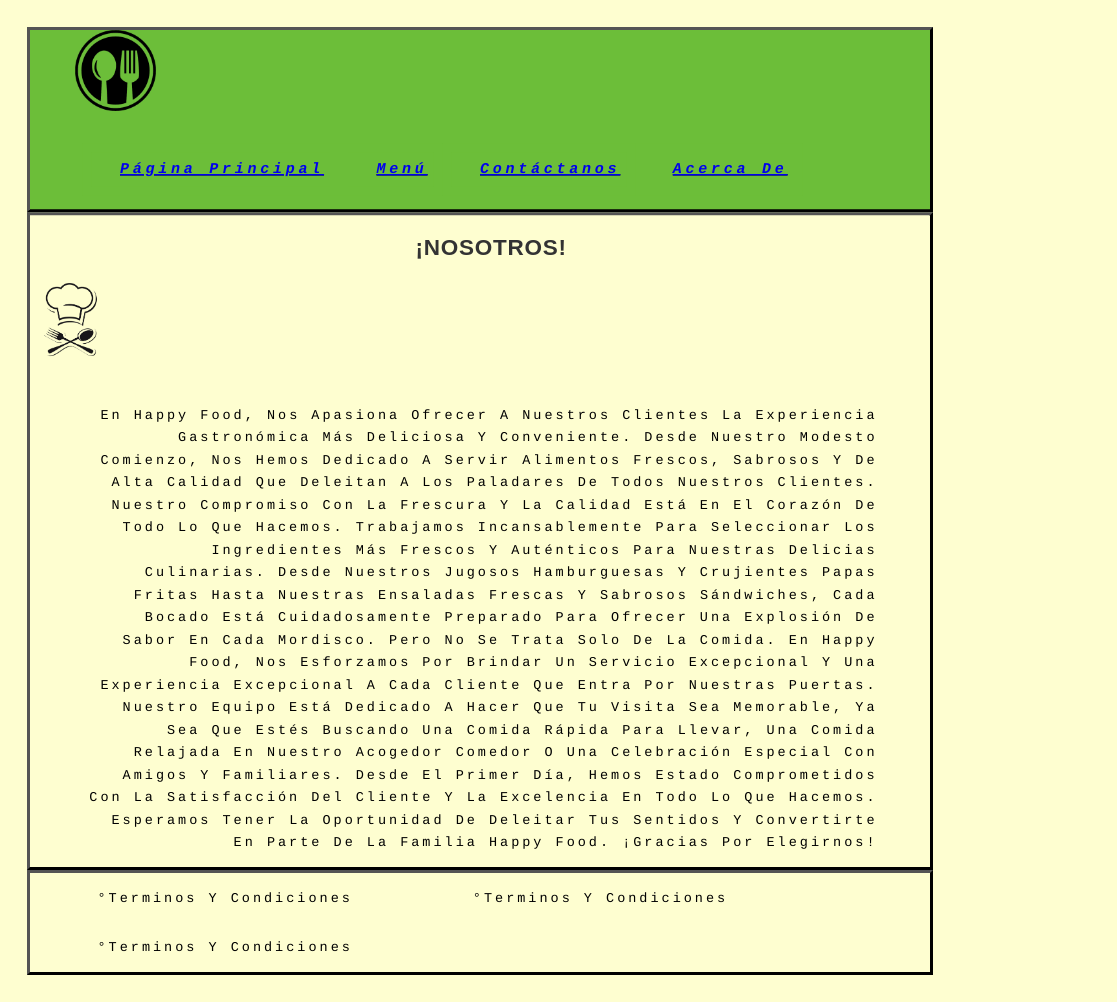
Repository: UVMCoyoacan/eq06_sitio1
Page: Carpeta docs/acercade.html
These files come from the project's save history. The page is drawn as it stood at one moment and after the next save; the edit follows.
The browser window is 1280 px wide. The page is 1280 px wide, then 1489 px, then 1280 px, so the pictures cover 1489 px, including what lies to the right of the window. The pictures show the whole page, at 75% of full size.

Above is the page before, as saved 2024-04-13 22:59:59.

After the next save:
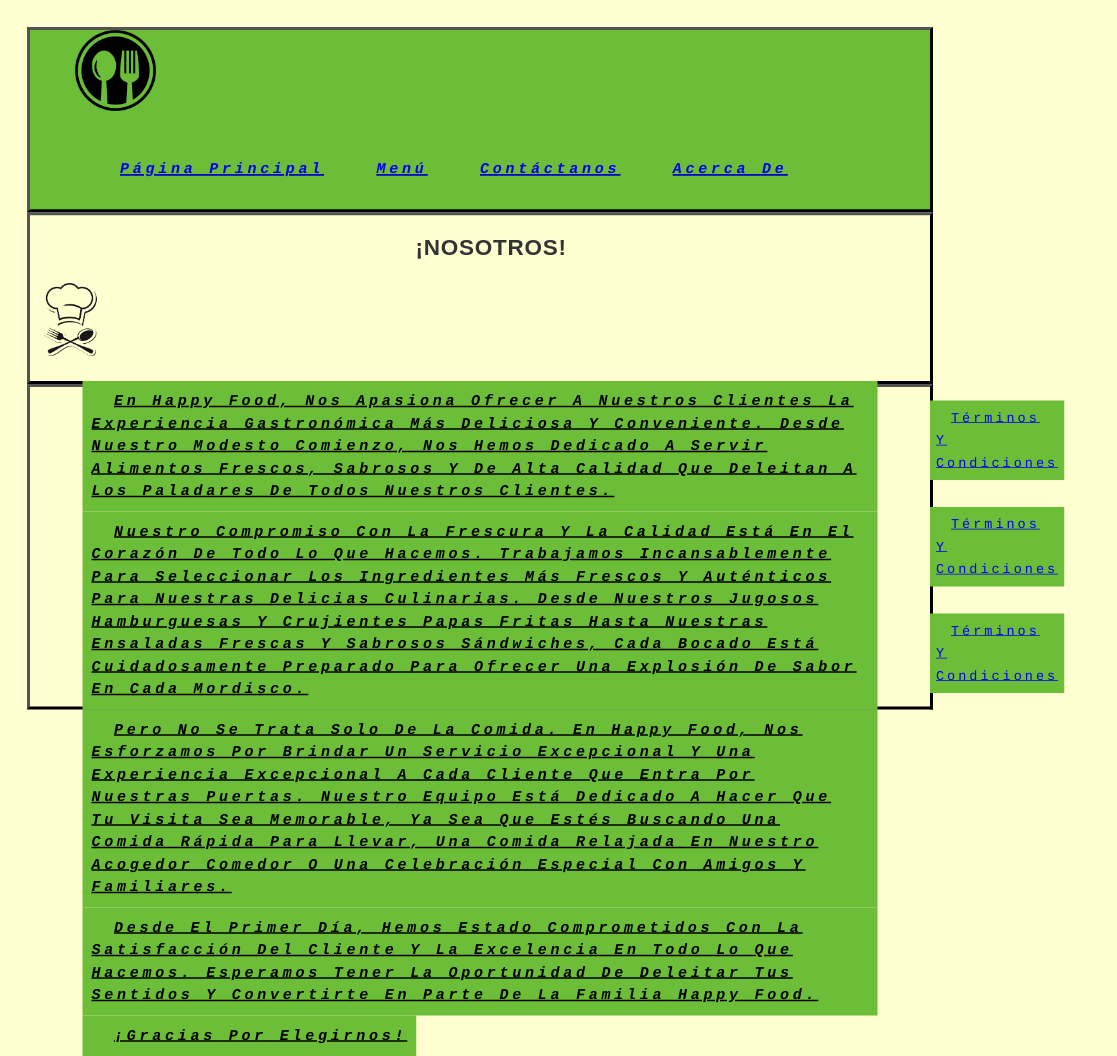
Saved 29 s later.
--- a/Carpeta docs/acercade.html
+++ b/Carpeta docs/acercade.html
@@ -1,60 +1,45 @@
 <!DOCTYPE html>
 <html>
-    <head>
-        <link rel="stylesheet" href="../Carpeta estilos/estilo1.css"/>
-        <meta charset="utf-8" />
-    </head>
-    <body>
-        <header id="parte_inicial" role="banner">
-            <div class="encabezado" style="display: flex;   flex-wrap: wrap;">
-                    <div style="flex-wrap:wrap ;">
-                    <img width="108" height="108" src="../Carpeta ims/tres.png" onclick="redirigirIndex()" style="text-align: left; cursor:pointer;";>
-                    </div>
-            <div style="display: flex;   flex-wrap: wrap;">
-            <ul >
-                <li><a href="../index.html">Página principal</a></li>
-                <li><a href="menu.html">Menú</a></li>
-                <li><a href="contactos.html">Contáctanos</a></li>
-                <li style="float:right"><a class="active" href="#">Acerca de</a></li>
-            </ul>
+<head>
+    <link rel="stylesheet" href="../Carpeta estilos/estilo1.css"/>
+    <meta charset="utf-8" />
+</head>
+<body>
+    <header id="parte_inicial" role="banner">
+        <div class="encabezado" style="display: flex; flex-wrap: wrap;">
+            <div style="flex-wrap:wrap ;">
+                <img width="108" height="108" src="../Carpeta ims/tres.png" onclick="redirigirIndex()" style="text-align: left; cursor:pointer;">
+            </div>
+            <div style="display: flex; flex-wrap: wrap;">
+                <ul >
+                    <li><a href="../index.html">Página principal</a></li>
+                    <li><a href="menu.html">Menú</a></li>
+                    <li><a href="contactos.html">Contáctanos</a></li>
+                    <li style="float:right"><a class="active" href="#">Acerca de</a></li>
+                </ul>
+            </div>
         </div>
-            </div>
-        </header>
-<div
-style="border-style: outset;
-    border-color: #000000;
-    border-width: .4ch;">
-        <h4> ¡Nosotros!</h4><img width="108" height="108" src="../Carpeta ims/spoon-removebg-preview.png" onclick="redirigirIndex()" style="text-align: left; cursor:pointer;";>
+    </header>
+    <div style="border-style: outset; border-color: #000000; border-width: .4ch;">
+        <h4> ¡Nosotros!</h4>
+        <img width="108" height="108" src="../Carpeta ims/spoon-removebg-preview.png" onclick="redirigirIndex()" style="text-align: left; cursor:pointer;">
         <ul style="text-align: right;">
-
-
-<br>
-
-En Happy Food, nos apasiona ofrecer a nuestros clientes la experiencia gastronómica más deliciosa y conveniente. Desde nuestro modesto comienzo, nos hemos dedicado a servir alimentos frescos, sabrosos y de alta calidad que deleitan a los paladares de todos nuestros clientes.
-
-Nuestro compromiso con la frescura y la calidad está en el corazón de todo lo que hacemos. Trabajamos incansablemente para seleccionar los ingredientes más frescos y auténticos para nuestras delicias culinarias. Desde nuestros jugosos hamburguesas y crujientes papas fritas hasta nuestras ensaladas frescas y sabrosos sándwiches, cada bocado está cuidadosamente preparado para ofrecer una explosión de sabor en cada mordisco.
-
-Pero no se trata solo de la comida. En Happy Food, nos esforzamos por brindar un servicio excepcional y una experiencia excepcional a cada cliente que entra por nuestras puertas. Nuestro equipo está dedicado a hacer que tu visita sea memorable, ya sea que estés buscando una comida rápida para llevar, una comida relajada en nuestro acogedor comedor o una celebración especial con amigos y familiares.
-
-Desde el primer día, hemos estado comprometidos con la satisfacción del cliente y la excelencia en todo lo que hacemos. Esperamos tener la oportunidad de deleitar tus sentidos y convertirte en parte de la familia Happy Food.
-
-¡Gracias por elegirnos!
-
-
+            <li>En Happy Food, nos apasiona ofrecer a nuestros clientes la experiencia gastronómica más deliciosa y conveniente. Desde nuestro modesto comienzo, nos hemos dedicado a servir alimentos frescos, sabrosos y de alta calidad que deleitan a los paladares de todos nuestros clientes.</li>
+            <li>Nuestro compromiso con la frescura y la calidad está en el corazón de todo lo que hacemos. Trabajamos incansablemente para seleccionar los ingredientes más frescos y auténticos para nuestras delicias culinarias. Desde nuestros jugosos hamburguesas y crujientes papas fritas hasta nuestras ensaladas frescas y sabrosos sándwiches, cada bocado está cuidadosamente preparado para ofrecer una explosión de sabor en cada mordisco.</li>
+            <li>Pero no se trata solo de la comida. En Happy Food, nos esforzamos por brindar un servicio excepcional y una experiencia excepcional a cada cliente que entra por nuestras puertas. Nuestro equipo está dedicado a hacer que tu visita sea memorable, ya sea que estés buscando una comida rápida para llevar, una comida relajada en nuestro acogedor comedor o una celebración especial con amigos y familiares.</li>
+            <li>Desde el primer día, hemos estado comprometidos con la satisfacción del cliente y la excelencia en todo lo que hacemos. Esperamos tener la oportunidad de deleitar tus sentidos y convertirte en parte de la familia Happy Food.</li>
+            <li>¡Gracias por elegirnos!</li>
         </ul>
     </div>
-    <div style="border-style: outset;
-    border-color: #000000;
-    border-width: .4ch;">
+    <div style="border-style: outset; border-color: #000000; border-width: .4ch;">
         <footer >
-            <div style="display: flex;   flex-wrap: wrap;">
-                <ul>°Terminos y condiciones</ul>
-                <ul>°Terminos y condiciones</ul>
-                <ul>°Terminos y condiciones</ul>
+            <div style="display: flex; flex-wrap: wrap;">
+                <ul><a href="../terminos.html">Términos y condiciones</a></ul>
+                <ul><a href="../terminos.html">Términos y condiciones</a></ul>
+                <ul><a href="../terminos.html">Términos y condiciones</a></ul>
             </div>
         </footer>
     </div>
-    </body>
-    <script src="../Carpeta js/js1.js">
-    </script>
+</body>
+<script src="../Carpeta js/js1.js"></script>
 </html>

After the 2 saves that followed:
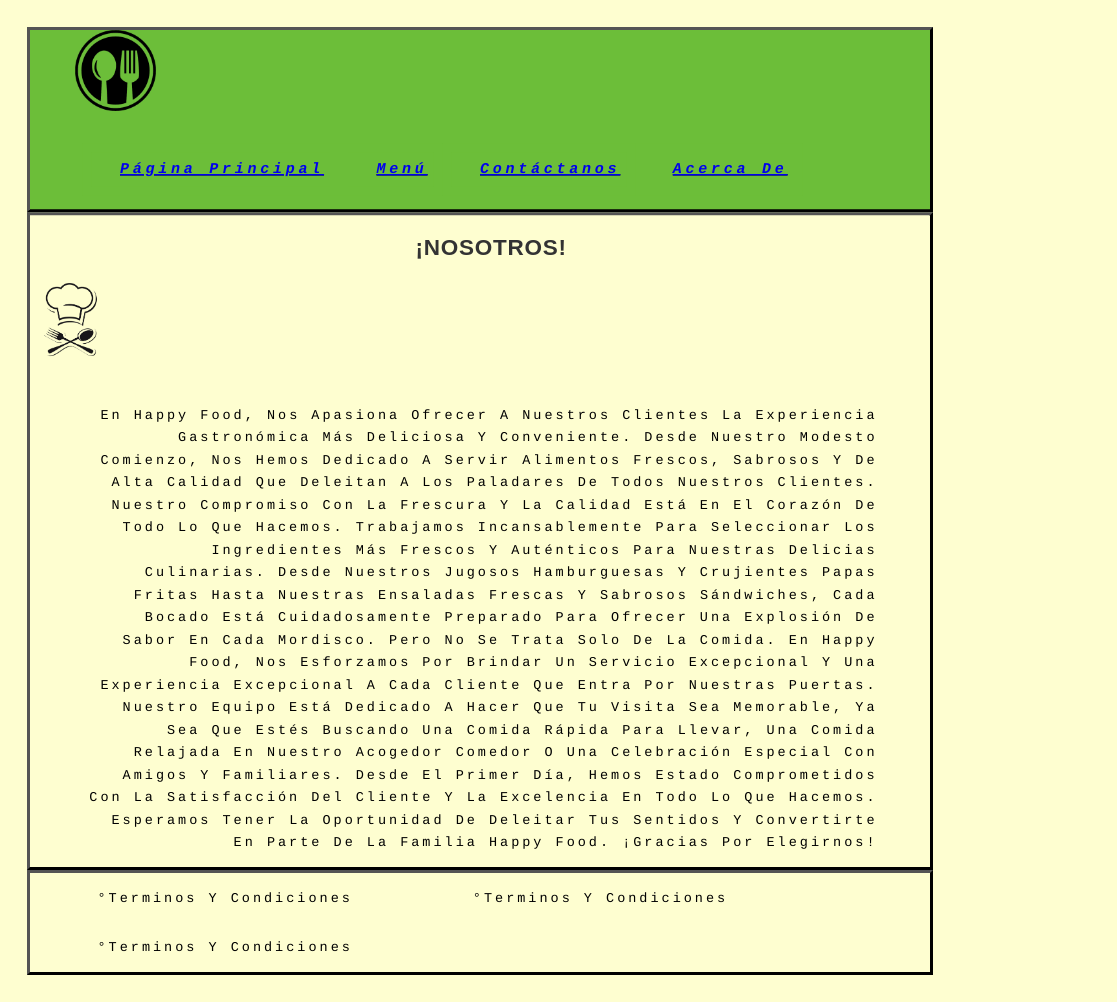
The 2 saves are shown as one change because 1 left the picture as it was.
The last was saved 24 s later.
--- a/Carpeta docs/acercade.html
+++ b/Carpeta docs/acercade.html
@@ -1,45 +1,60 @@
 <!DOCTYPE html>
 <html>
-<head>
-    <link rel="stylesheet" href="../Carpeta estilos/estilo1.css"/>
-    <meta charset="utf-8" />
-</head>
-<body>
-    <header id="parte_inicial" role="banner">
-        <div class="encabezado" style="display: flex; flex-wrap: wrap;">
-            <div style="flex-wrap:wrap ;">
-                <img width="108" height="108" src="../Carpeta ims/tres.png" onclick="redirigirIndex()" style="text-align: left; cursor:pointer;">
+    <head>
+        <link rel="stylesheet" href="../Carpeta estilos/estilo1.css"/>
+        <meta charset="utf-8" />
+    </head>
+    <body>
+        <header id="parte_inicial" role="banner">
+            <div class="encabezado" style="display: flex;   flex-wrap: wrap;">
+                    <div style="flex-wrap:wrap ;">
+                    <img width="108" height="108" src="../Carpeta ims/tres.png" onclick="redirigirIndex()" style="text-align: left; cursor:pointer;";>
+                    </div>
+            <div style="display: flex;   flex-wrap: wrap;">
+            <ul >
+                <li><a href="../index.html">Página principal</a></li>
+                <li><a href="menu.html">Menú</a></li>
+                <li><a href="contactos.html">Contáctanos</a></li>
+                <li style="float:right"><a class="active" href="#">Acerca de</a></li>
+            </ul>
+        </div>
             </div>
-            <div style="display: flex; flex-wrap: wrap;">
-                <ul >
-                    <li><a href="../index.html">Página principal</a></li>
-                    <li><a href="menu.html">Menú</a></li>
-                    <li><a href="contactos.html">Contáctanos</a></li>
-                    <li style="float:right"><a class="active" href="#">Acerca de</a></li>
-                </ul>
-            </div>
-        </div>
-    </header>
-    <div style="border-style: outset; border-color: #000000; border-width: .4ch;">
-        <h4> ¡Nosotros!</h4>
-        <img width="108" height="108" src="../Carpeta ims/spoon-removebg-preview.png" onclick="redirigirIndex()" style="text-align: left; cursor:pointer;">
+        </header>
+<div
+style="border-style: outset;
+    border-color: #000000;
+    border-width: .4ch;">
+        <h4> ¡Nosotros!</h4><img width="108" height="108" src="../Carpeta ims/spoon-removebg-preview.png" onclick="redirigirIndex()" style="text-align: left; cursor:pointer;";>
         <ul style="text-align: right;">
-            <li>En Happy Food, nos apasiona ofrecer a nuestros clientes la experiencia gastronómica más deliciosa y conveniente. Desde nuestro modesto comienzo, nos hemos dedicado a servir alimentos frescos, sabrosos y de alta calidad que deleitan a los paladares de todos nuestros clientes.</li>
-            <li>Nuestro compromiso con la frescura y la calidad está en el corazón de todo lo que hacemos. Trabajamos incansablemente para seleccionar los ingredientes más frescos y auténticos para nuestras delicias culinarias. Desde nuestros jugosos hamburguesas y crujientes papas fritas hasta nuestras ensaladas frescas y sabrosos sándwiches, cada bocado está cuidadosamente preparado para ofrecer una explosión de sabor en cada mordisco.</li>
-            <li>Pero no se trata solo de la comida. En Happy Food, nos esforzamos por brindar un servicio excepcional y una experiencia excepcional a cada cliente que entra por nuestras puertas. Nuestro equipo está dedicado a hacer que tu visita sea memorable, ya sea que estés buscando una comida rápida para llevar, una comida relajada en nuestro acogedor comedor o una celebración especial con amigos y familiares.</li>
-            <li>Desde el primer día, hemos estado comprometidos con la satisfacción del cliente y la excelencia en todo lo que hacemos. Esperamos tener la oportunidad de deleitar tus sentidos y convertirte en parte de la familia Happy Food.</li>
-            <li>¡Gracias por elegirnos!</li>
+
+
+<br>
+
+En Happy Food, nos apasiona ofrecer a nuestros clientes la experiencia gastronómica más deliciosa y conveniente. Desde nuestro modesto comienzo, nos hemos dedicado a servir alimentos frescos, sabrosos y de alta calidad que deleitan a los paladares de todos nuestros clientes.
+
+Nuestro compromiso con la frescura y la calidad está en el corazón de todo lo que hacemos. Trabajamos incansablemente para seleccionar los ingredientes más frescos y auténticos para nuestras delicias culinarias. Desde nuestros jugosos hamburguesas y crujientes papas fritas hasta nuestras ensaladas frescas y sabrosos sándwiches, cada bocado está cuidadosamente preparado para ofrecer una explosión de sabor en cada mordisco.
+
+Pero no se trata solo de la comida. En Happy Food, nos esforzamos por brindar un servicio excepcional y una experiencia excepcional a cada cliente que entra por nuestras puertas. Nuestro equipo está dedicado a hacer que tu visita sea memorable, ya sea que estés buscando una comida rápida para llevar, una comida relajada en nuestro acogedor comedor o una celebración especial con amigos y familiares.
+
+Desde el primer día, hemos estado comprometidos con la satisfacción del cliente y la excelencia en todo lo que hacemos. Esperamos tener la oportunidad de deleitar tus sentidos y convertirte en parte de la familia Happy Food.
+
+¡Gracias por elegirnos!
+
+
         </ul>
     </div>
-    <div style="border-style: outset; border-color: #000000; border-width: .4ch;">
+    <div style="border-style: outset;
+    border-color: #000000;
+    border-width: .4ch;">
         <footer >
-            <div style="display: flex; flex-wrap: wrap;">
-                <ul><a href="../terminos.html">Términos y condiciones</a></ul>
-                <ul><a href="../terminos.html">Términos y condiciones</a></ul>
-                <ul><a href="../terminos.html">Términos y condiciones</a></ul>
+            <div style="display: flex;   flex-wrap: wrap;">
+                <ul>°Terminos y condiciones</ul>
+                <ul>°Terminos y condiciones</ul>
+                <ul>°Terminos y condiciones</ul>
             </div>
         </footer>
     </div>
-</body>
-<script src="../Carpeta js/js1.js"></script>
+    </body>
+    <script src="../Carpeta js/js1.js">
+    </script>
 </html>
--- a/Carpeta estilos/estilo1.css
+++ b/Carpeta estilos/estilo1.css
@@ -188,6 +188,7 @@ p{
     width: 500px;
     height: 300px;
     background-color: #e0e0e0;
+    border-radius: 15px;
   }
 
   .carruseles{
@@ -199,5 +200,6 @@ p{
 
   .slider-section{
     width: calc(100%/4);
-
-  }
+    height: 100%;
+
+  }
